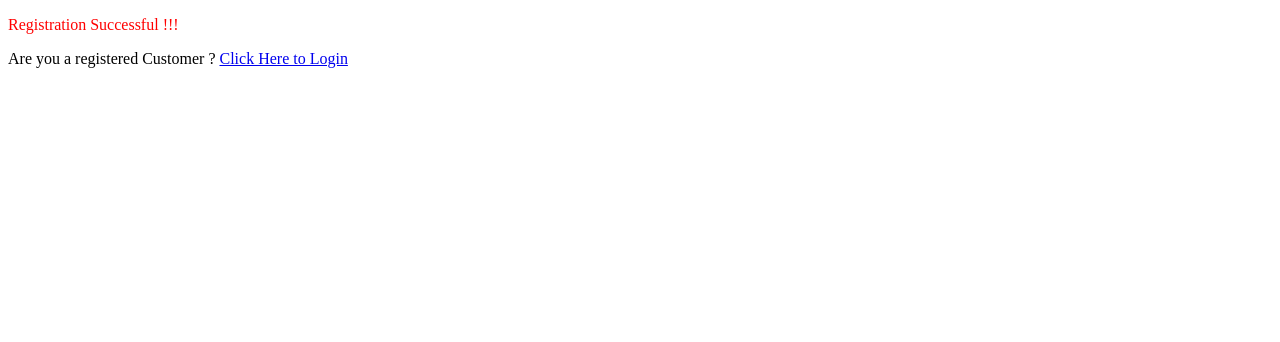
Repository: sach7691/original-book-store
Page: http://localhost/online-book-store-application/register_success.jsp
These files come from the project's save history. The page is drawn as it stood at one moment and after the next save; the edit follows.
The browser window is 1280 px wide. The pictures show the whole page.
The page is served by Tomcat 9.

Above is the page before, as saved 2022-08-25 17:56:43.

After the next save:
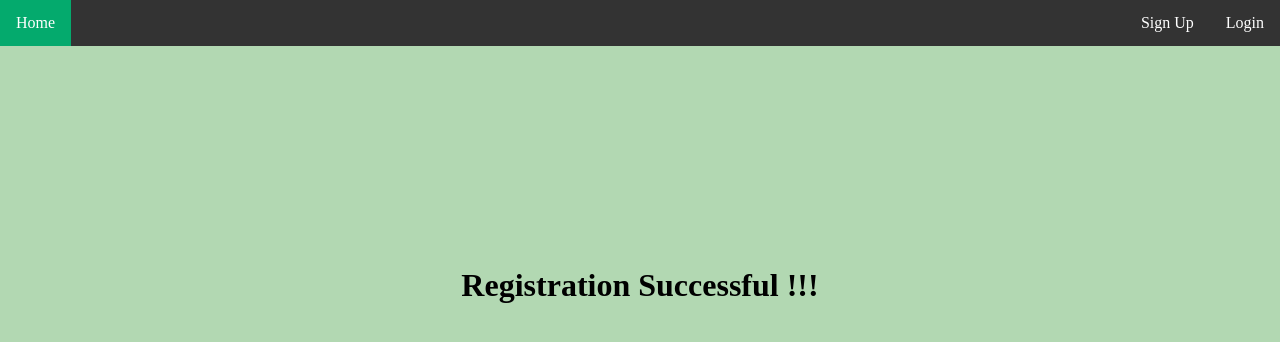
Saved 24 min 41 s later.
--- a/online-book-store-application/src/main/webapp/register_success.jsp
+++ b/online-book-store-application/src/main/webapp/register_success.jsp
@@ -4,19 +4,62 @@
 <html>
 <head>
 <meta charset="ISO-8859-1">
-<title>Success</title>
+<title>Login Page</title>
+
+<meta name="viewport" content="width=device-width, initial-scale=1.0">
+<style>
+body {margin: 0;
+ background: rgba(0, 128, 0, 0.3);}
+
+ h1{
+ text-align: center;
+  padding-top: 200px;
+
+ }
+ letter {
+   color: #ea503f;
+   font-family: Arial;
+ }
+
+ul.topnav {
+  list-style-type: none;
+  margin: 0;
+  padding: 0;
+  overflow: hidden;
+  background-color: #333;
+}
+
+ul.topnav li {float: left;}
+
+ul.topnav li a {
+  display: block;
+  color: white;
+  text-align: center;
+  padding: 14px 16px;
+  text-decoration: none;
+}
+
+ul.topnav li a:hover:not(.active) {background-color: #111;}
+
+ul.topnav li a.active {background-color: #04AA6D;}
+
+ul.topnav li.right {float: right;}
+
+@media screen and (max-width: 600px) {
+  ul.topnav li.right,
+  ul.topnav li {float: none;}
+}
+</style>
 </head>
 <body>
-
-
-	<form
-		action="http://localhost:8080/online-book-store-application/LoginCustomerServlet"	method="POST">
-
-		<p style="color: red;">Registration Successful !!!</p>
-
-		<label>Are you a registered Customer ? </label><a href="login.jsp">Click Here to Login</a>
-
-	</form>
+<div>
+<ul class="topnav">
+  <li><a class="active" href="welcome.jsp">Home</a></li>
+  <li class="right"><a href="login.jsp">Login</a></li>
+  <li class="right"><a href="index.jsp">Sign Up</a></li>
+</ul>
+</div>
+	<p style="color: red;"><h1>Registration Successful !!!</h1></p>
 
 </body>
 </html>
